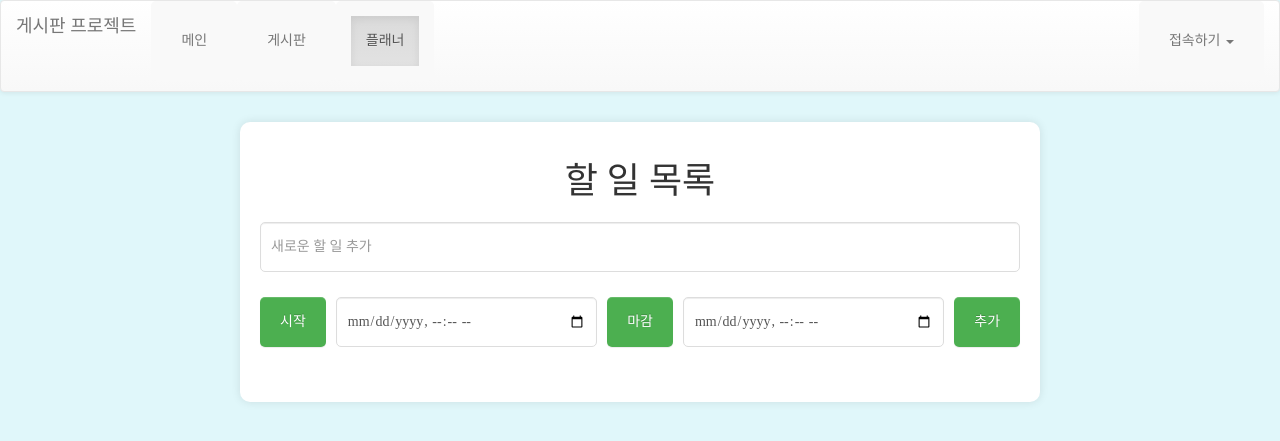
Repository: Seok7975/JSP-Education
Page: http://localhost/ToDoList공유_게시판/planner/planner.jsp
An editor plug-in stored every save of this project. The page is shown before and after the next save, followed by the edit.
The browser window is 1280 px wide. The pictures show the whole page.
Some web fonts or font styles are not loaded; a fallback is used. Some web libraries are served in a nearby version. The page is served by Tomcat 9. Other server files are loaded and not shown.

Above is the page before, as saved 2024-06-17 05:10:42.

### List_Projects_ver2/ToDoList공유 게시판/src/main/webapp/planner/planner.jsp
<%@page import="java.util.List"%>
<%@page import="java.util.ArrayList"%>
<%@page import="java.text.SimpleDateFormat"%>
<%@page import="java.util.Date"%>
<%@page import="java.text.ParseException"%>
<%@page import="com.example.Task"%> <!-- Task 클래스 import -->
<%@ page language="java" contentType="text/html; charset=UTF-8"
    pageEncoding="UTF-8"%>

<!DOCTYPE html>
<html>
<head>
    <meta http-equiv="Content-Type" content="text/html; charset=UTF-8">
    <meta name="viewport" content="width=device-width, initial-scale=1">
    <link rel="stylesheet" href="https://cdn.jsdelivr.net/npm/bootstrap@3.3.7/dist/css/bootstrap.min.css" integrity="sha384-BVYiiSIFeK1dGmJRAkycuHAHRg32OmUcww7on3RYdg4Va+PmSTsz/K68vbdEjh4u" crossorigin="anonymous">
    <link rel="stylesheet" href="https://cdn.jsdelivr.net/npm/bootstrap@3.3.7/dist/css/bootstrap-theme.min.css" integrity="sha384-rHyoN1iRsVXV4nD0JutlnGaslCJuC7uwjduW9SVrLvRYooPp2bWYgmgJQIXwl/Sp" crossorigin="anonymous">
    <link rel="stylesheet" href="../todolistCss/todolistStyle.css"> <!-- 외부 CSS 파일 참조 -->
    <script src="https://code.jquery.com/jquery-3.1.1.min.js"></script>
    <script src="https://cdn.jsdelivr.net/npm/bootstrap@3.3.7/dist/js/bootstrap.min.js" integrity="sha384-Tc5IQib027qvyjSMfHjOMaLkfuWVxZxUPnCJA7l2mCWNIpG9mGCD8wGNIcPD7Txa" crossorigin="anonymous"></script>
    <link rel="stylesheet" href="../css/jumbotronCustom.css">
    <title>투두리스트 페이지</title>
    <script>
        $(document).ready(function() {
            $('#startButton').click(function() {
                $('#startDateTime').focus().click();
            });
            $('#dueButton').click(function() {
                $('#dueDateTime').focus().click();
            });
        });
    </script>
</head>
<body>
<%
    String userID = null;
    if (session.getAttribute("userID") != null) {
        userID = (String) session.getAttribute("userID");
    }
%>
    <nav class="navbar navbar-default">
        <div class="container-fluid">
            <div class="navbar-header">
                <button type="button" class="navbar-toggle collapsed" data-toggle="collapse" data-target="#bs-example-navbar-collapse-1" aria-expanded="false">
                    <span class="sr-only">Toggle navigation</span>
                    <span class="icon-bar"></span>
                    <span class="icon-bar"></span>
                    <span class="icon-bar"></span>
                </button>
                <a class="navbar-brand" href="../main.jsp">게시판 프로젝트</a>
            </div>
            <div class="collapse navbar-collapse" id="bs-example-navbar-collapse-1">
                <ul class="nav navbar-nav">
                    <li><a href="../main.jsp">메인</a></li>
                    <li><a href="../bbs.jsp">게시판</a></li>
                    <li class="active"><a href="planner.jsp">플래너</a></li> <!-- 플래너 메뉴 추가 -->
                </ul>
                <%
                    if(userID == null) {
                %>
                    <ul class="nav navbar-nav navbar-right">
                        <li class="dropdown">
                            <a href="#" class="dropdown-toggle" data-toggle="dropdown" role="button" aria-haspopup="true" aria-expanded="false">접속하기 <span class="caret"></span></a>
                            <ul class="dropdown-menu">
                                <li><a href="../login.jsp">로그인</a></li>
                                <li><a href="../join.jsp">회원가입</a></li>
                            </ul>
                        </li>
                    </ul>
                <%
                    } else {
                %>
                    <ul class="nav navbar-nav navbar-right">
                        <li class="dropdown">
                            <a href="#" class="dropdown-toggle" data-toggle="dropdown" role="button" aria-haspopup="true" aria-expanded="false">회원관리<span class="caret"></span></a>
                            <ul class="dropdown-menu">
                                <li><a href="../logoutAction.jsp">로그아웃</a></li>
                            </ul>
                        </li>
                    </ul>
                <%
                    }
                %>
            </div>
        </div>
    </nav>

    <div class="todo-container">
        <h1>할 일 목록</h1>
        <form class="add-item" action="addItem.jsp" method="post">
            <div class="form-group">
                <input type="text" class="form-control" name="item" placeholder="새로운 할 일 추가" required>
            </div>
            <div class="form-group">
                <button type="button" id="startButton" class="btn btn-primary">시작</button>
                <input type="datetime-local" class="form-control" id="startDateTime" name="startDateTime" required>
                <button type="button" id="dueButton" class="btn btn-primary">마감</button>
                <input type="datetime-local" class="form-control" id="dueDateTime" name="dueDateTime" required>
                <button type="submit" class="btn btn-primary">추가</button>
            </div>
        </form>
        <ul>
            <%
                List<Task> tasks = (List<Task>) session.getAttribute("tasks");
                if (tasks == null) {
                    tasks = new ArrayList<>();
                }
                SimpleDateFormat dateFormat = new SimpleDateFormat("yyyy-MM-dd HH:mm");
                SimpleDateFormat inputFormat = new SimpleDateFormat("yyyy-MM-dd'T'HH:mm");

                for (Task task : tasks) {
                    Date startDate = null;
                    Date dueDate = null;
                    try {
                        startDate = inputFormat.parse(task.getStartDateTime());
                        dueDate = inputFormat.parse(task.getDueDateTime());
                    } catch (ParseException e) {
                        e.printStackTrace();
                    }
            %>
                <li class="<%= task.isCompleted() ? "completed" : "" %>">
                    <form action="toggleComplete.jsp" method="post" style="margin: 0;">
                        <input type="hidden" name="taskId" value="<%= task.getId() %>">
                        <input type="checkbox" name="completed" <%= task.isCompleted() ? "checked" : "" %> onChange="this.form.submit()">
                    </form>
                    <span><%= task.getItem() %> (시작: <%= dateFormat.format(startDate) %>, 마감: <%= dateFormat.format(dueDate) %>)</span>
                    <form action="deleteItem.jsp" method="post" style="margin: 0;">
                        <input type="hidden" name="taskId" value="<%= task.getId() %>">
                        <button class="delete btn btn-danger" type="submit">삭제</button>
                    </form>
                </li>
            <%
                }
            %>
        </ul>
    </div>
</body>
</html>

### List_Projects_ver2/ToDoList공유 게시판/src/main/webapp/todolistCss/todolistStyle.css
@charset "UTF-8";
body {
     background-color: #e0f7fa;  /* 생동감 있는 옅은 파란색 배경 */
}

.todo-container {
    max-width: 800px;
    margin: 30px auto;
    padding: 20px;
    background: #fff;
    border-radius: 10px;
    box-shadow: 0 0 10px rgba(0, 0, 0, 0.1);
}

h1 {
    text-align: center;
    color: #333;
    margin-bottom: 20px;
}

.add-item {
    display: flex;
    flex-direction: column;
    gap: 10px;
    margin-bottom: 20px;
}

.add-item .form-group {
    display: flex;
    gap: 10px;
}

.add-item input[type="text"],
.add-item input[type="datetime-local"] {
    flex: 1;
    padding: 10px;
    height: 50px;
    border: 1px solid #ddd;
    border-radius: 5px;
}



.add-item button {
    padding: 10px 20px;
    border: none;
    background: #4caf50;
    color: white;
    border-radius: 5px;
    cursor: pointer;
    transition: background 0.3s;
}

.add-item button:hover {
    background: #45a049;
}

ul {
    list-style: none;
    padding: 0;
}

ul li {
    background: #f9f9f9;
    margin-bottom: 10px;
    padding: 15px;
    border-radius: 5px;
    display: flex;
    justify-content: space-between;
    align-items: center;
    transition: background 0.3s;
}

ul li:hover {
    background: #ececec;
}

ul li.completed span {
    text-decoration: line-through;
    color: #999;
}

ul li form {
    display: flex;
    align-items: center;
}

ul li form input[type="checkbox"] {
    margin-right: 10px;
}

ul li span {
    flex-grow: 1;
}

.delete {
    background: #ff6b6b;
    color: white;
    border: none;
    padding: 5px 10px;
    border-radius: 5px;
    cursor: pointer;
    transition: background 0.3s;
}

.delete:hover {
    background: #ff4c4c;
}

### List_Projects_ver2/ToDoList공유 게시판/src/main/webapp/css/jumbotronCustom.css

@import url(http://fonts.googleapis.com/earlyaccess/nanumgothic.css);
@import url(http://fonts.googleapis.com/earlyaccess/hanna.css);
* {
	font-family : 'Nanum Gothic';
}

h1 {
	font-family : 'Hanna';
}

After the next save:
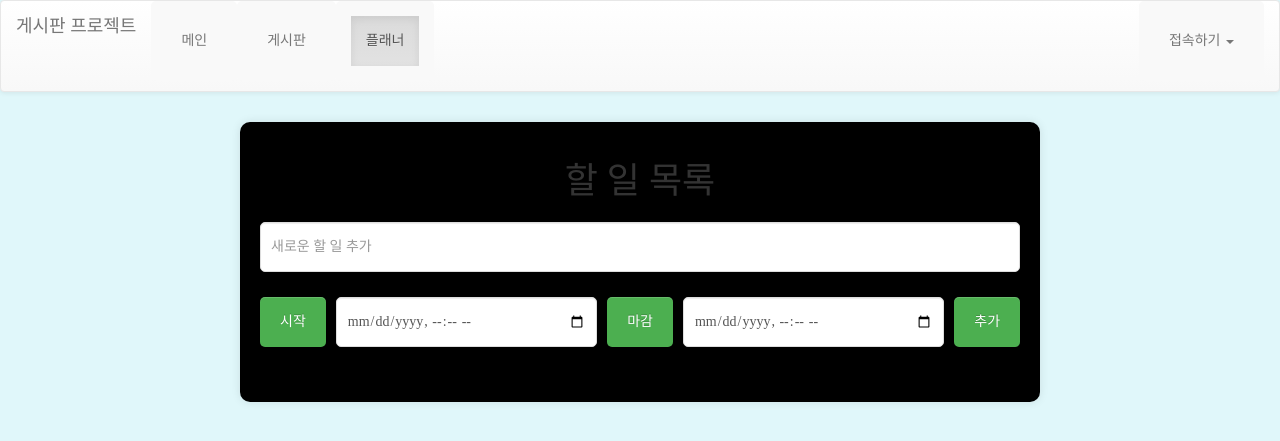
Saved 2 min 17 s later.
--- a/List_Projects_ver2/ToDoList공유 게시판/src/main/webapp/todolistCss/todolistStyle.css
+++ b/List_Projects_ver2/ToDoList공유 게시판/src/main/webapp/todolistCss/todolistStyle.css
@@ -7,7 +7,7 @@
     max-width: 800px;
     margin: 30px auto;
     padding: 20px;
-    background: #fff;
+    background: #000;
     border-radius: 10px;
     box-shadow: 0 0 10px rgba(0, 0, 0, 0.1);
 }

After the save that followed:
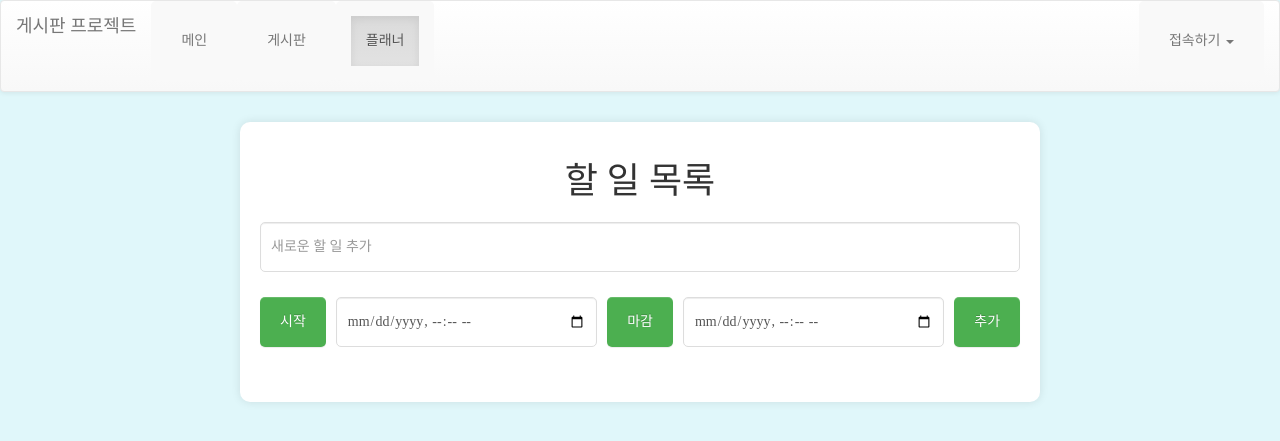
Saved 8 s later.
--- a/List_Projects_ver2/ToDoList공유 게시판/src/main/webapp/todolistCss/todolistStyle.css
+++ b/List_Projects_ver2/ToDoList공유 게시판/src/main/webapp/todolistCss/todolistStyle.css
@@ -7,7 +7,7 @@
     max-width: 800px;
     margin: 30px auto;
     padding: 20px;
-    background: #000;
+    background: #fff;
     border-radius: 10px;
     box-shadow: 0 0 10px rgba(0, 0, 0, 0.1);
 }
